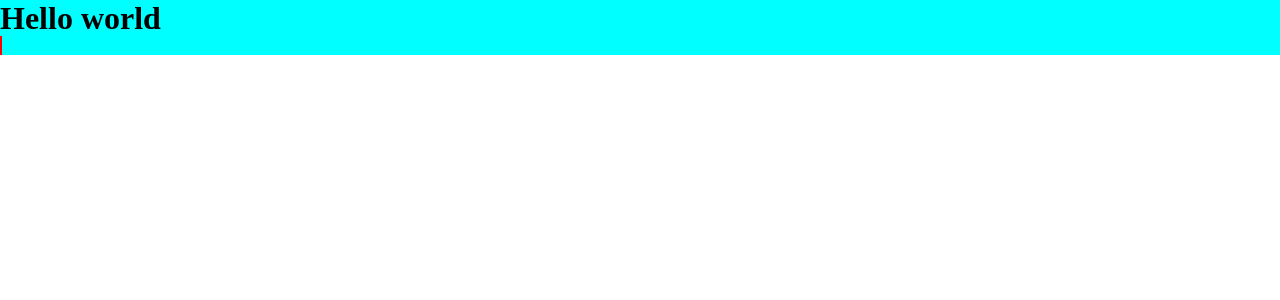
Repository: RPSKumara/DPEdudationPyhton
Page: ImageStyle/index.html
These files come from the project's save history. The page is drawn as it stood at one moment and after the next save; the edit follows.
The browser window is 1280 px wide. The pictures show the whole page.

Above is the page before, as saved 2022-04-20 10:07:41.

After the next save:
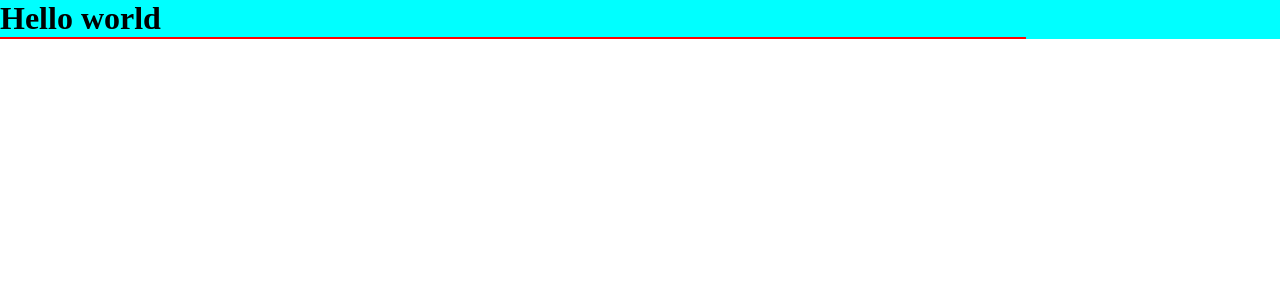
Saved 4 min 20 s later.
--- a/ImageStyle/index.html
+++ b/ImageStyle/index.html
@@ -10,9 +10,9 @@
 	<body>
 		<div class="container">
 			<h1>Hello world</h1>
-			<dev class="imageSlider">
+			<div class="imageSlider">
 				<!-- <img src="Images/01.jpg" alt="images" class="previewImg" srcset="" /> -->
-			</dev>
+			</div>
 		</div>
 	</body>
 </html>
